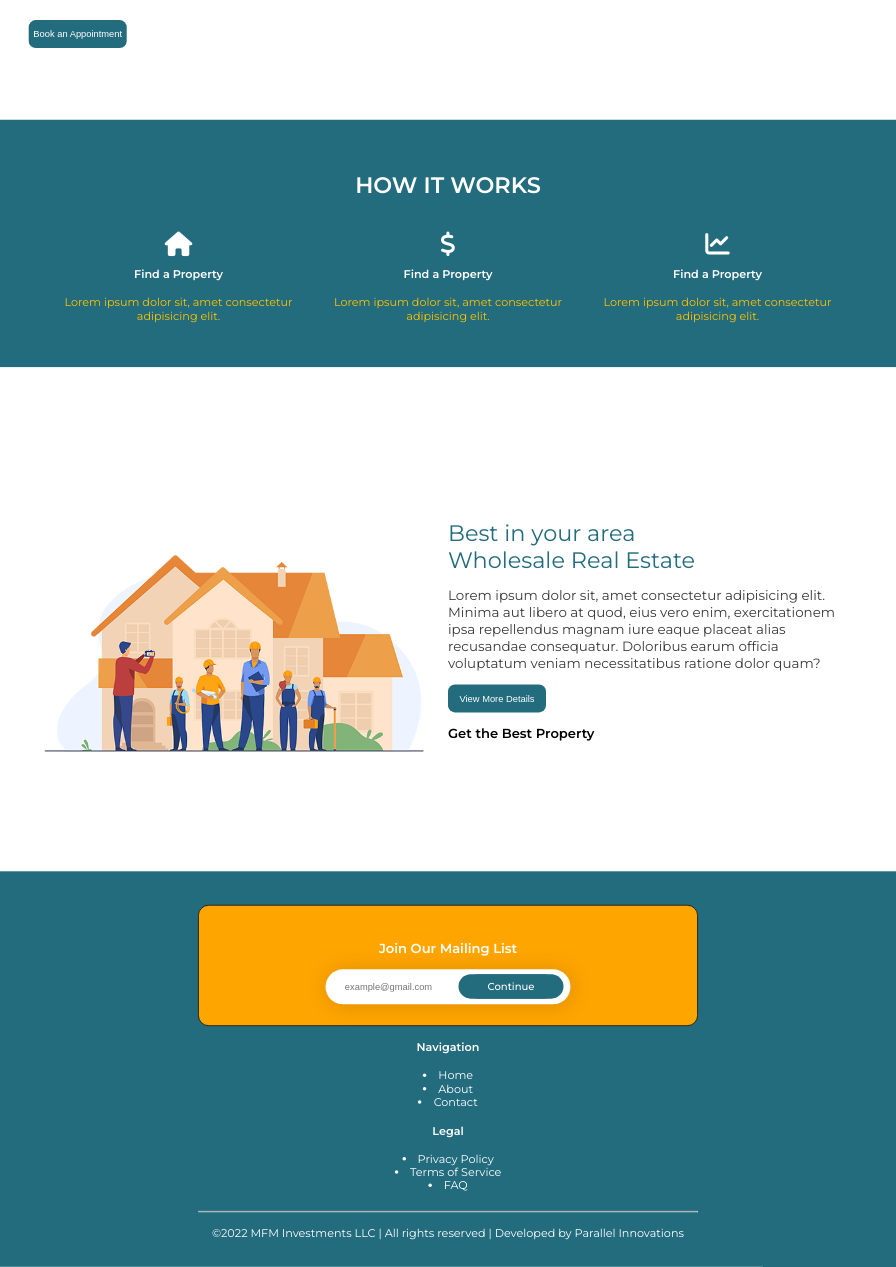
Repository: gabe126679/Mikes-site
Page: /about
The author's editor kept a copy of each file at every save. The page is drawn from the files as they stood at one save, then again after the next save.
The browser window is 1280 px wide. The pictures show the part of the page from y = 904 to 2824 px (the page is 2714 px tall before and 2824 px after), at 70% of full size.
Some web libraries are served in a nearby version. The project was rebuilt for these pictures with package versions that can differ from the ones it lists, and the page was loaded fresh each time. Also part of the build but not shown: src/components/Header.jsx, src/components/customDatePickerWidth.css, src/components/AptForm.jsx, src/components/Appointments.jsx, src/components/Form.jsx, src/components/PageContact.jsx, src/components/Agentbox.jsx, src/components/Agent.jsx and 2 more.

Above is the page before, as saved 2022-04-19 20:18:18.

### public/index.html
<!DOCTYPE html>
<html lang="en">
  <head>
    <meta charset="utf-8" />
    <link rel="icon" href="%PUBLIC_URL%/favicon.ico" />
    <meta name="viewport" content="width=device-width, initial-scale=1" />
    <meta name="theme-color" content="#000000" />
    <meta
      name="description"
      content="Web site created using create-react-app"
    />
    <link rel="apple-touch-icon" href="%PUBLIC_URL%/logo192.png" />

    <link rel="manifest" href="%PUBLIC_URL%/manifest.json" />
    <script src="https://kit.fontawesome.com/95dc93da07.js"></script>
    <title>Mike's Homes</title>
  </head>
  <body>
    <noscript>You need to enable JavaScript to run this app.</noscript>
    <div id="root"></div>

  </body>
</html>

### src/components/Howitworks.jsx
import React from 'react'

function Howitworks() {
  return (
    <div className="how-it-works">
        <div className="container">
            <h2>How It Works</h2>
            <div className="flex">
                <div>
                    <span className="fas fa-home"></span>
                    <h4>Find a Property</h4>
                    <p>Lorem ipsum dolor sit, amet consectetur adipisicing elit.</p>
                </div>

                <div>
                    <span className="fas fa-dollar-sign"></span>
                    <h4>Find a Property</h4>
                    <p>Lorem ipsum dolor sit, amet consectetur adipisicing elit.</p>
                </div>

                <div>
                    <span className="fas fa-chart-line"></span>
                    <h4>Find a Property</h4>
                    <p>Lorem ipsum dolor sit, amet consectetur adipisicing elit.</p>
                </div>
            </div>
        </div>
    </div>
  )
}

export default Howitworks;

### src/components/About.jsx
import React from 'react'
import aboutimage from '../images/hero.png';
import { Link } from 'react-router-dom'

function About() {
  return (
    <div className="about">
        <div className="about-model">
          <img src={aboutimage} alt="about image"/>
        </div>
        <div className="about-text">
          <h2>Best in your area <br/>Wholesale Real Estate</h2>
          <p>Lorem ipsum dolor sit, amet consectetur adipisicing elit. Minima aut libero at quod, eius vero enim, exercitationem ipsa repellendus magnam iure eaque placeat alias recusandae consequatur. Doloribus earum officia voluptatum veniam necessitatibus ratione dolor quam?</p>
          <Link to="/about"><button>View More Details</button></Link>
          <h3>Get the Best Property</h3>
        </div>
    </div>
  )
}

export default About

### src/components/PageAbout.jsx
import React from 'react';
import ImageOne from '../images/home-1.jpg';
import styled from 'styled-components';
import Navbar from "./Navbar";
import About from "./About";
import Footer from "./Footer";
import Howitworks from "./Howitworks";
import { Link } from 'react-router-dom';

const Section = styled.section`
  display: flex;
  flex-direction: column;
  justify-content: center;
  margin: 0 auto;
  max-width: 100%;
`;

const Container = styled.div`
  background: #fff;
  padding: 3rem 2rem;
  position: relative;
`;

const Wrap = styled.div`
  max-width: 1200px;
  margin: 0 auto;
`;

const ColumnLeft = styled.div`
  display: flex;
  flex-wrap: wrap;
  margin: 0px -15px;
  justify-content: flex-start;
  padding: 1rem;
`;

const Content = styled.div`
  flex: 0 0 50%;

  @media screen and (max-width: 768px) {
    flex: 0 0 100%;
    max-width: 100%;
    margin-top: 250px;
  }

  h1 {
    margin-bottom: 2rem;
    font-size: 2rem;
  }

  p {
    margin-bottom: 1rem;
    line-height: 1.5;
  }
`;

const ColumnRight = styled.div`
  position: absolute;
  top: -80px;
  right: 0;
  max-width: 850px;
  height: 140%;
  width: 45%;
  padding-left: 1rem;

  @media screen and (max-width: 768px) {
    height: 320px;
    top: -65px;
    width: 80%;
    margin: 0 auto;
    left: 0;
  }
`;

const Image = styled.img`
  height: 100%;
  width: 100%;
  object-fit: contain;
  position: relative;
  @media (min-width: 768px) {
    height: 100%;
    width: 70%;
    object-fit: contain;
  }
`;
  const Break = styled.br`
    @media (min-width: 768px) {
        display: none;
    }
`;
const Button = styled.button`

    width: 140px;
    height: 40px;
    border-radius: 10px;
    border: none;
    outline: none;
    color: #ffffff;
    background-color:#236c7e;
`;



function PageAbout() {
  return (
    <div>
    <Section>
        <Navbar/>
        <Break />
        <Break />
        <Break />
        <Break />
        <Break />
        <Break />
        <Container>
            <Wrap>
            <ColumnLeft>
                <Content
                data-aos='fade-right'
                data-aos-duration='1200'
                data-aos-delay='300'
                data-aos-once='true'
                data-aos-anchor-placement='center bottom'
                className="border rounded text-center"
                >

                <h1 >Maryland Wholesale Real Estate</h1>
                <h2 >Summary</h2>
                <p>
                    I've been caring for animals my entire life, and I've been a professional animal caretaker for over 6 years. My experience with pets of all kinds takes me above and beyond the love of what I do and provides me with a true purpose for providing pets with the most accommodating attention each animal needs and deserves.
                </p>
                <h2 >Origins</h2>
                <p>
                    Growing up on a farm, I developed a unique relationship with many animals, and I naturally learned everything about how to service and comfort animals and to help them thrive in the most suitable environment. I currently work as a veterinary technician, as I've done for the past 6 years and I absolutely LOVE my job.
                </p>
                <h2 >Services</h2>
                <p>
                    I offer pet walking, sitting, medical administration and a wide range of other services. Most importantly, what I provide is quintissential information regarding pets needs based on my experience treating animals with the best care and attention.
                </p>
                <h3 >We look forward to collaborating with you</h3>
                <br/>
                <p >Let's Get In Touch!</p>
                <br/>
                <p>

                </p>

                <div className="wide">
                    <Button to="/contact">Book an Appointment</Button>
                </div>
                <br/>
                <br/>

                </Content>
            </ColumnLeft>
            <ColumnRight>
                <Image
                src={ImageOne}
                />
            </ColumnRight>
            </Wrap>
        </Container>
      <Howitworks/>
      <About/>
      <Footer />
    </Section>


    </div>
  )
}

export default PageAbout;

### src/components/Navbar.jsx
import React from 'react'
import logo from "../images/logo1.png"
import { Link } from "react-router-dom";

function Navbar() {
  return (
    <nav>
        <a href="/" className="logo">
            <img src={logo} alt="logo"/>
        </a>
        <input className="menu-btn" type="checkbox" id="menu-btn"/>
        <label className="menu-icon" for="menu-btn">
            <span className="nav-icon"></span>
        </label>
        <ul className="menu">
            <li><Link to="/" >Home</Link></li>
            <li><Link to="/about">About</Link></li>
            <li><Link to="/contact">Contact</Link></li>
        </ul>
        <Link to="/appointments" className="property">Appointments</Link>
        {/* <a href="/homes" className="property"></a> */}
    </nav>
  )
}

export default Navbar

### src/components/Footer.jsx
import React from "react";
import { Link } from 'react-router-dom'

const Footer = () => {
return (
    <div className="main-footer">
      <div className="container">
        <div className="row">
          {/* Column1 */}
          <div className="col">
            <div className="container-email">
                <h3>Join Our Mailing List</h3>
                <div className="contact-input">
                    <input type="email" placeholder="example@gmail.com"/>
                    <Link to="/"><a href="#">Continue</a></Link>
                </div>
            </div>
          </div>
          {/* Column2 */}
          <div className="col">
            <h4>Navigation</h4>
            <ui className="list-unstyled">
              <li>Home</li>
              <li>About</li>
              <li>Contact</li>
            </ui>
          </div>
          {/* Column3 */}
          <div className="col">
            <h4>Legal</h4>
            <ui className="list-unstyled">
              <li>Privacy Policy</li>
              <li>Terms of Service</li>
              <li>FAQ</li>
            </ui>
          </div>
          <br/>
        </div>
        <hr />
        <div className="row">
          <p className="disclaimer">
            &copy;{new Date().getFullYear()} MFM Investments LLC | All rights reserved |
            Developed by Parallel Innovations
          </p>
        </div>
        <br/>
      </div>
    </div>
);
};
export default Footer;

### src/components/Properties.jsx
import React from 'react'
import Bproperty from "./Bproperty";
import CarouselItem from "./CarouselItem";
import pimage1 from "../images/s1.png"
import pimage2 from "../images/s2.png"
import pimage3 from "../images/s3.png"
import gold from "../images/gold.png"

function Properties() {
  return (
    <div className="product">
        <div className="p-heading">
            <h3>Ratings + Reviews</h3>
            <p>Lorem ipsum dolor sit amet consectetur adipisicing elit. Perferendis, vitae.</p>
        </div>

        <div className="product-container">
            <Bproperty image={pimage1}  name={gold} price="Lorem ipsum dolor sit amet! Lorem ipsum dolor. Lorem ipsum dolor sit amet consectetur adipisicing elit. Perferendis, vitae.Lorem ipsum dolor sit amet consectetur adipisicing elit. Perferendis, vitae." />
            <Bproperty image={pimage2}  name={gold} price="Lorem ipsum dolor sit amet! Lorem ipsum dolor. Lorem ipsum dolor sit amet consectetur adipisicing elit. Perferendis, vitae.Lorem ipsum dolor sit amet consectetur adipisicing elit. Perferendis, vitae." />
            <Bproperty image={pimage3} name={gold} price="Lorem ipsum dolor sit amet! Lorem ipsum dolor. Lorem ipsum dolor sit amet consectetur adipisicing elit. Perferendis, vitae.Lorem ipsum dolor sit amet consectetur adipisicing elit. Perferendis, vitae." />
        </div>
        <div className="carousel-item">
          <CarouselItem />
        </div>
        {/* <div className="contact">
        <h3>Get the Best Property</h3>
        <div className="contact-input">
            <input type="email" placeholder="example@gmail.com"/>
            <a href="#">Continue</a>
        </div>
    </div> */}
    </div>
  )
}

export default Properties;

### src/components/Bproperty.jsx
import React from 'react'
import { Link } from 'react-router-dom'

function Bproperty(props) {
  return (
    <div className="p-box">
        <div className="container-reviews">
            <img src={props.image} alt="product"/>
            <br/>
            <p><img src={props.name} alt="product"/> </p>
        </div>
        <div className="price-container">
            <a href="#" className="price">
                {props.price}
            </a>
        </div>


        <Link to="contact"><a href="#" className="buy-btn">
            Get In Touch
        </a></Link>
    </div>
  )
}

export default Bproperty;

### src/components/CarouselItem.jsx
import React from 'react'
import Carousel from "react-elastic-carousel";
import Item from "./Item";
import img1 from "../images/home-1.jpg"
import img2 from "../images/home-2.jpg"
import img3 from "../images/interior-1.jpg"
import img4 from "../images/slide-2.jpg"
import img5 from "../images/house-3.jpg"
import img6 from "../images/kitchen-1.jpg"
import img7 from "../images/slide-1.jpg"
import img8 from "../images/house-4.jpg"
import img9 from "../images/slide-3.jpg"


const breakPoints = [
    { width: 1, itemsToShow: 1 },
    { width: 550, itemsToShow: 2 },
    { width: 768, itemsToShow: 3 },
    { width: 1200, itemsToShow: 4 },
];

function CarouselItem() {
  return (
    <>
      <br/>
      <h1 style={{ textAlign: "center" }}>Here are some of our recent properties</h1>
      <div className="carousel">
        <Carousel breakPoints={breakPoints}>
          <Item ><img className="carousel-img" src={img1} alt="img"/></Item>
          <Item ><img className="carousel-img" src={img2} alt="img"/></Item>
          <Item ><img className="carousel-img" src={img3} alt="img"/></Item>
          <Item ><img className="carousel-img" src={img4} alt="img"/></Item>
          <Item ><img className="carousel-img" src={img5} alt="img"/></Item>
          <Item ><img className="carousel-img" src={img6} alt="img"/></Item>
          <Item ><img className="carousel-img" src={img7} alt="img"/></Item>
          <Item ><img className="carousel-img" src={img8} alt="img"/></Item>
          <Item ><img className="carousel-img" src={img9} alt="img"/></Item>
        </Carousel>
      </div>
    </>
  )
}

export default CarouselItem

Loaded but not shown: src/components/Item.js (common file); src/App.js (44 lines, source omitted); src/index.js (29 lines, source omitted); src/index.css (944 lines, source omitted)

After the next save:
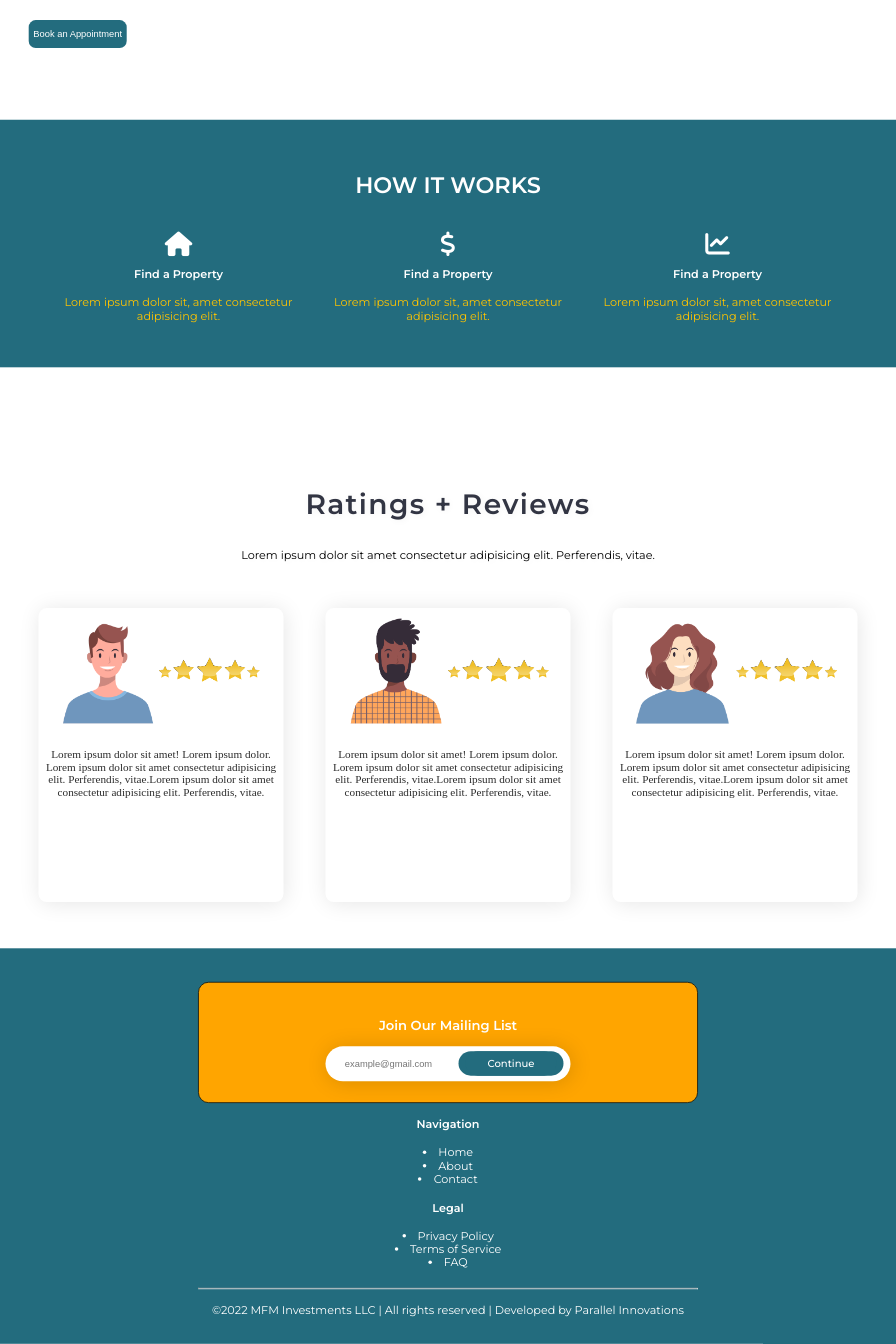
Saved 94 s later.
--- a/src/components/PageAbout.jsx
+++ b/src/components/PageAbout.jsx
@@ -2,7 +2,7 @@ import React from 'react';
 import ImageOne from '../images/home-1.jpg';
 import styled from 'styled-components';
 import Navbar from "./Navbar";
-import About from "./About";
+import Properties from "./Properties";
 import Footer from "./Footer";
 import Howitworks from "./Howitworks";
 import { Link } from 'react-router-dom';
@@ -161,7 +161,7 @@ function PageAbout() {
             </Wrap>
         </Container>
       <Howitworks/>
-      <About/>
+      <Properties/>
       <Footer />
     </Section>
 
